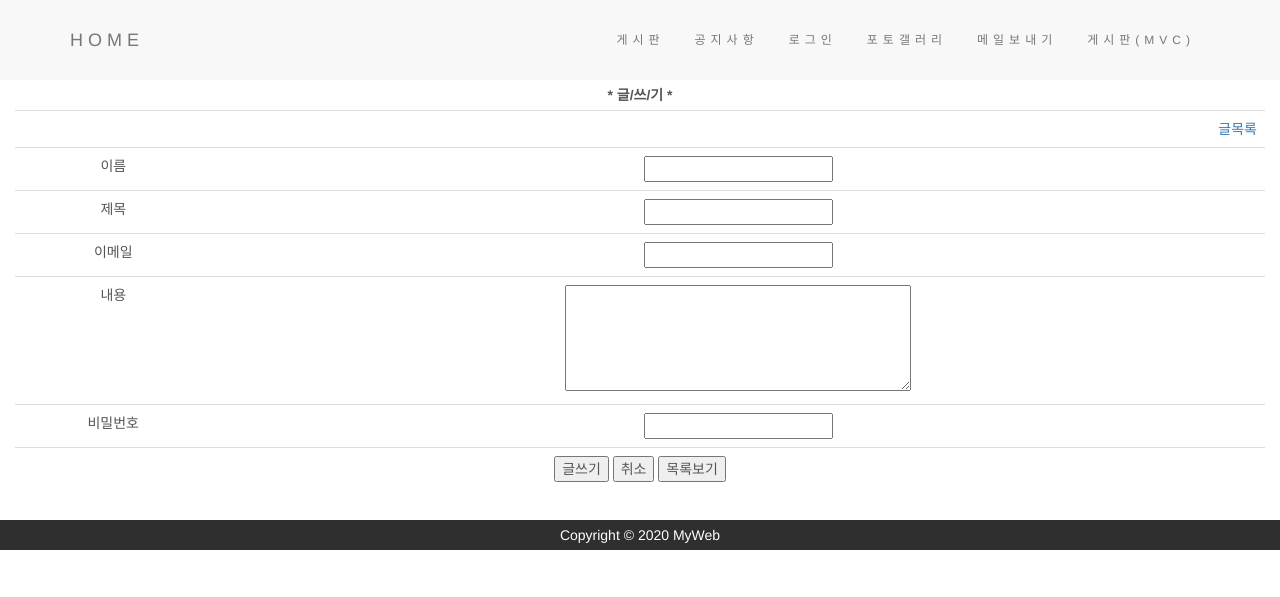
Repository: wlsgml0156/basicJava
Page: http://localhost/myweb/bbs2/bbsForm.jsp
An editor plug-in stored every save of this project. The page is shown before and after the next save, followed by the edit.
The browser window is 1280 px wide. The pictures show the whole page.
The page is served by Tomcat 9.

Above is the page before, as saved 2020-02-03 01:53:45.

After the next save:
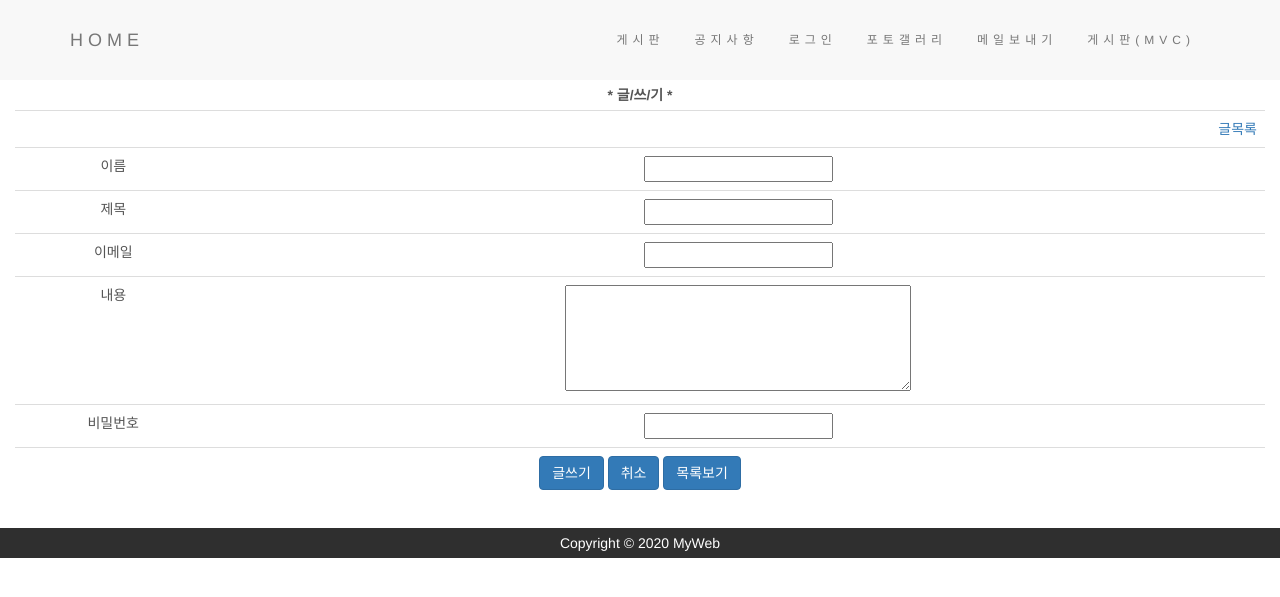
Saved 116 s later.
--- a/myweb/WebContent/bbs2/bbsForm.jsp
+++ b/myweb/WebContent/bbs2/bbsForm.jsp
@@ -1,6 +1,5 @@
 <%@ page contentType="text/html; charset=UTF-8"%>
 <%@ include file="../header.jsp"%>
-
 <!-- 본문 시작 bbsForm.jsp-->
 <strong>* 글/쓰/기 *</strong>
 <br><br>
@@ -37,9 +36,9 @@
 </tr>
 <tr>
   <td colspan="2" align="center">
-  <input type="submit" value="글쓰기">
-  <input type="reset"  value="취소">
-  <input type="button" value="목록보기" onClick="location.href='./bbslist.do'">
+  <input type="submit" value="글쓰기"   class="btn btn-primary">
+  <input type="reset"  value="취소"     class="btn btn-primary">
+  <input type="button" value="목록보기" class="btn btn-primary" onClick="location.href='./bbslist.do'">
   </td>
 </tr>
 </table>
